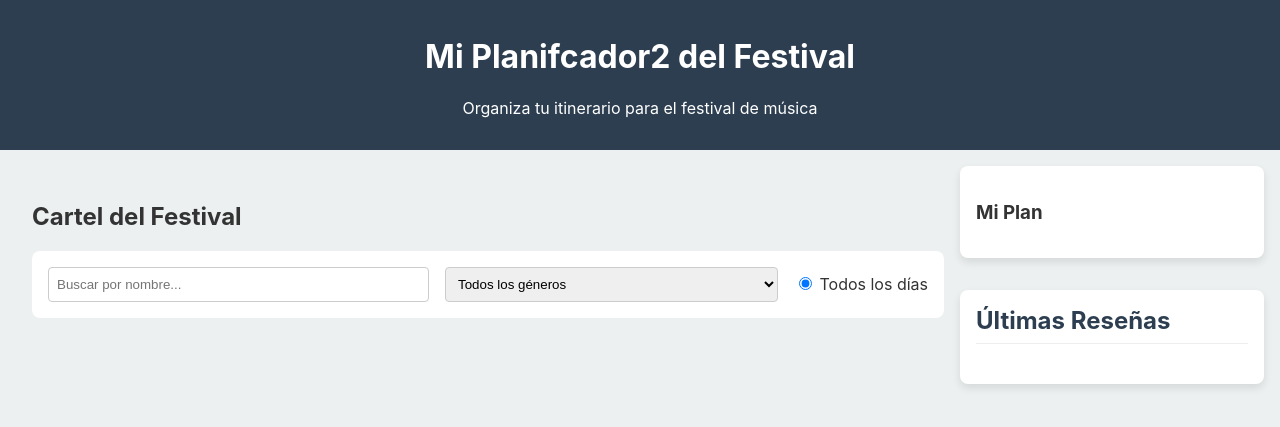
Repository: covaa15/DWEC
Page: Examen12_12_2025/index.html
An editor plug-in stored every save of this project. The page is shown before and after the next save, followed by the edit.
The browser window is 1280 px wide. The pictures show the whole page.

Above is the page before, as saved 2025-12-12 11:03:18.

### Examen12_12_2025/index.html
<!DOCTYPE html>
<html lang="es">
<head>
    <meta charset="UTF-8">
    <meta name="viewport" content="width=device-width, initial-scale=1.0">
    <title>Festival</title>
    <link rel="stylesheet" href="css/style.css">
</head>
<body>
    <!-- Encabezado principal de la aplicación -->
    <header>
        <h1>Mi Planifcador2 del Festival</h1>
        <p>Organiza tu itinerario para el festival de música</p>
    </header>

    <!-- Contenedor principal de la aplicación: organiza el dashboard y la columna derecha -->
    <div class="container">
        <!-- Sección principal del dashboard: muestra el cartel del festival y los filtros -->
        <main id="dashboard">
            <h2>Cartel del Festival</h2>
            <!-- Formulario de filtros para buscar y categorizar artistas -->
            <form id="filter-form">
                <input type="text" id="search-name" placeholder="Buscar por nombre...">
                <select id="filter-genre">
                    <option value="">Todos los géneros</option>
                    <!-- Las opciones de género se cargarán aquí dinámicamente mediante JavaScript -->
                </select>
                <div id="filter-day" class="radio-group">
                    <label><input type="radio" name="day" value="" checked> Todos los días</label>
                    <!-- Las opciones de día se cargarán aquí dinámicamente mediante JavaScript -->
                </div>
            </form>
            <!-- Contenedor donde se mostrarán las tarjetas de los artistas filtrados -->
            <div id="artist-list" class="grid-container">
                <!-- Las tarjetas de artistas se insertarán aquí por JavaScript -->
            </div>
        </main>

        <!-- Columna lateral derecha: contiene el plan del usuario y las reseñas -->
        <div class="right-column">
            <!-- Sección para el plan personalizado del usuario -->
            <aside id="my-plan-container">
                <h3>Mi Plan</h3>
                <!-- Lista donde se añadirán las actuaciones seleccionadas por el usuario -->
                <ul id="plan-list">
                    <!-- Las actuaciones añadidas aparecerán aquí por JavaScript -->
                </ul>
            </aside>
            <!-- Sección para mostrar las reseñas de los artistas -->
            <section id="reviews-section">
                <h2>Últimas Reseñas</h2>
                <!-- Contenedor donde se mostrarán las tarjetas de las reseñas -->
                <div id="reviews-list">
                    <!-- Las reseñas se insertarán aquí por JavaScript -->
                </div>
            </section>
        </div>
    </div>

    <!-- Modal para el formulario de reseña (inicialmente oculto) -->
    <div id="review-modal" class="modal-overlay" style="display: none;">
        <div class="modal-content">
            <button class="close-modal">&times;</button>
            <h3 id="modal-artist-name">Dejar reseña para...</h3>
            <!-- Formulario de reseña del artista. La validación se realiza en el cliente. -->
            <form id="review-form" novalidate>
                <div class="form-group">
                    <label>Calificación:</label>
                    <div class="star-rating">
                        <!-- Campos de radio para la calificación por estrellas (5 a 1) -->
                        <input type="radio" id="star5" name="rating" value="5" required><label for="star5" title="5 stars">★</label>
                        <input type="radio" id="star4" name="rating" value="4"><label for="star4" title="4 stars">★</label>
                        <input type="radio" id="star3" name="rating" value="3"><label for="star3" title="3 stars">★</label>
                        <input type="radio" id="star2" name="rating" value="2"><label for="star2" title="2 stars">★</label>
                        <input type="radio" id="star1" name="rating" value="1"><label for="star1" title="1 star">★</label>
                    </div>
                    <span class="error-message"></span>
                </div>
                <div class="form-group">
                    <label for="comment">Comentario:</label>
                    <textarea id="comment" name="comment" rows="4" minlength="15" required></textarea>
                    <span class="error-message"></span>
                </div>
                <div class="form-group">
                    <label for="email">Email:</label>
                    <input type="email" id="email" name="email" required>
                    <span class="error-message"></span>
                </div>
                <button type="submit">Enviar Reseña</button>
            </form>
        </div>
    </div>


    <!-- Mensaje de éxito temporal para confirmaciones de usuario (inicialmente oculto) -->
    <div id="success-message" class="success-message" style="display: none;"></div>

    <!-- Enlace al archivo JavaScript principal de la aplicación.
         El atributo 'type="module"' permite usar importaciones y exportaciones de módulos. -->
    <script src="js/main.js" type="module"></script>
</body>
</html>

### Examen12_12_2025/css/style.css
/* --- GENERALES Y LAYOUT --- */
/* Este bloque define variables globales (--variable) para la paleta de colores y estilos reutilizables.
   También establece los estilos base para la página, como la fuente y la maquetación principal de dos columnas usando Flexbox. */
:root {
    --primary-color: #2c3e50;
    --secondary-color: #3498db;
    --background-color: #ecf0f1;
    --card-bg-color: #ffffff;
    --text-color: #333;
    --error-color: #e74c3c;
    --success-color: #2ecc71;
    --star-color: #f1c40f;
    --border-radius: 8px;
    --box-shadow: 0 4px 8px rgba(0, 0, 0, 0.1);
}

body {
    font-family: -apple-system, BlinkMacSystemFont, "Segoe UI", Roboto, Helvetica, Arial, sans-serif;
    margin: 0;
    background-color: var(--background-color);
    color: var(--text-color);
}

header {
    background-color: var(--primary-color);
    color: white;
    padding: 1rem 2rem;
    text-align: center;
}

.container {
    display: flex;
    flex-wrap: wrap;
    padding: 1rem;
}

main#dashboard {
    flex: 3;
    min-width: 300px;
    padding: 1rem;
}

.right-column {
    flex: 1;
    min-width: 300px;
    display: flex;
    flex-direction: column;
    gap: 2rem;
}

aside#my-plan-container {
    background-color: var(--card-bg-color);
    padding: 1rem;
    border-radius: var(--border-radius);
    box-shadow: var(--box-shadow);
}

/* --- FORMULARIO DE FILTROS --- */
/* Estilos para el formulario que permite al usuario buscar y filtrar artistas. */
#filter-form {
    display: flex;
    flex-wrap: wrap;
    gap: 1rem;
    margin-bottom: 2rem;
    background-color: var(--card-bg-color);
    padding: 1rem;
    border-radius: var(--border-radius);
}

#filter-form input[type="text"],
#filter-form select {
    padding: 0.5rem;
    border: 1px solid #ccc;
    border-radius: 4px;
    flex-grow: 1;
}

.radio-group {
    display: flex;
    gap: 1rem;
    align-items: center;
}

/* --- TARJETAS DE ARTISTAS --- */
/* Define el layout de parrilla para las tarjetas de artistas y el estilo de cada tarjeta individual,
   incluyendo efectos visuales como sombras y animaciones al pasar el ratón. */
.grid-container {
    display: grid;
    grid-template-columns: repeat(auto-fill, minmax(220px, 1fr));
    gap: 1.5rem;
}

.artist-card {
    background: var(--card-bg-color);
    border-radius: var(--border-radius);
    box-shadow: var(--box-shadow);
    padding: 1rem;
    transition: transform 0.2s, box-shadow 0.2s;
    display: flex;
    flex-direction: column;
}

.artist-card:hover {
    transform: translateY(-5px);
    box-shadow: 0 8px 16px rgba(0, 0, 0, 0.15);
}

.artist-card h3 {
    margin-top: 0;
    color: var(--primary-color);
}

.artist-card p {
    font-size: 0.9rem;
    color: #7f8c8d;
    margin: 0.5rem 0;
}

.card-schedule-info {
    font-size: 0.85rem;
    color: #34495e;
    background-color: #f8f9f9;
    padding: 0.5rem;
    border-radius: 4px;
    margin: 1rem 0;
    border-left: 3px solid var(--secondary-color);
}

.card-schedule-info span {
    display: block;
}

.card-schedule-info span:first-child {
    font-weight: bold;
}

.artist-card button {
    background-color: var(--secondary-color);
    color: white;
    border: none;
    padding: 0.6rem 1rem;
    border-radius: 4px;
    cursor: pointer;
    width: 100%;
    margin-top: auto; /* Empuja el botón al final */
    transition: background-color 0.2s;
}

.artist-card button:hover {
    background-color: #2980b9;
}

/* --- SECCIÓN "MI PLAN" --- */
/* Estilos para la lista de actuaciones que el usuario ha seleccionado.
   Incluye el estilo de cada elemento de la lista y sus botones de acción (Eliminar, Dejar reseña). */
#plan-list {
    list-style-type: none;
    padding: 0;
    margin: 0;
}

#plan-list li {
    background-color: #f9f9f9;
    padding: 0.8rem;
    margin-bottom: 0.8rem;
    border-radius: 4px;
    border-left: 5px solid var(--secondary-color);
    position: relative;
}

#plan-list .plan-item-info strong {
    display: block;
    color: var(--primary-color);
}

#plan-list .plan-item-info span {
    font-size: 0.85rem;
    color: #7f8c8d;
}

#plan-list .plan-item-actions {
    margin-top: 0.5rem;
    display: flex;
    gap: 0.5rem;
}

.plan-item-actions button {
    font-size: 0.75rem;
    padding: 0.3rem 0.6rem;
    border-radius: 3px;
    cursor: pointer;
    border: 1px solid;
}

.btn-delete {
    border-color: var(--error-color);
    color: var(--error-color);
    background: transparent;
}
.btn-review {
    border-color: var(--secondary-color);
    color: var(--secondary-color);
    background: transparent;
}
.btn-review:disabled {
    border-color: #ccc;
    color: #ccc;
    cursor: not-allowed;
}


/* --- MODAL --- */
/* Estilos para la ventana modal que aparece superpuesta.
   Define la capa de fondo oscura y el contenedor del contenido del modal. */
.modal-overlay {
    position: fixed;
    top: 0;
    left: 0;
    width: 100%;
    height: 100%;
    background-color: rgba(0, 0, 0, 0.6);
    display: flex;
    justify-content: center;
    align-items: center;
    z-index: 1000;
}

.modal-content {
    background: white;
    padding: 2rem;
    border-radius: var(--border-radius);
    width: 90%;
    max-width: 500px;
    position: relative;
}

.close-modal {
    position: absolute;
    top: 1rem;
    right: 1rem;
    background: none;
    border: none;
    font-size: 1.5rem;
    cursor: pointer;
}

/* --- FORMULARIO DE RESEÑA --- */
/* Define los estilos para el formulario dentro del modal, incluyendo los campos de entrada,
   los mensajes de error de validación y el sistema de calificación por estrellas. */
#review-form .form-group {
    margin-bottom: 1rem;
}

#review-form label {
    display: block;
    margin-bottom: 0.3rem;
}

#review-form input,
#review-form textarea {
    width: 100%;
    padding: 0.5rem;
    border: 1px solid #ccc;
    border-radius: 4px;
    box-sizing: border-box;
}

#review-form button {
    background-color: var(--success-color);
    color: white;
    padding: 0.7rem 1.5rem;
    border: none;
    border-radius: 4px;
    cursor: pointer;
}
.error-message {
    color: var(--error-color);
    font-size: 0.8rem;
    height: 1rem;
    display: block;
}
input:invalid, textarea:invalid {
    border-color: var(--error-color);
}

/* Star Rating: Implementación de calificación por estrellas con inputs de radio y CSS. */
.star-rating {
    display: flex;
    flex-direction: row-reverse;
    justify-content: flex-end;
}

.star-rating input[type="radio"] {
    display: none;
}

.star-rating label {
    color: #ccc;
    cursor: pointer;
    font-size: 2rem;
    margin: 0;
}

.star-rating input[type="radio"]:checked ~ label,
.star-rating label:hover,
.star-rating label:hover ~ label {
    color: var(--star-color);
}

/* --- MENSAJE DE ÉXITO --- */
/* Estilos para la notificación flotante que aparece tras enviar una reseña. */
.success-message {
    position: fixed;
    bottom: 20px;
    left: 50%;
    transform: translateX(-50%);
    background-color: var(--success-color);
    color: white;
    padding: 1rem 2rem;
    border-radius: var(--border-radius);
    z-index: 1001;
    box-shadow: var(--box-shadow);
}


/* --- SECCIÓN DE RESEÑAS --- */
/* Estilos para la sección que muestra las reseñas enviadas y el formato de cada tarjeta de reseña. */
#reviews-section {
    background-color: var(--card-bg-color);
    padding: 1rem;
    border-radius: var(--border-radius);
    box-shadow: var(--box-shadow);
}

#reviews-section h2 {
    text-align: left;
    margin-top: 0;
    margin-bottom: 1.5rem;
    padding-bottom: 0.5rem;
    border-bottom: 1px solid #eee;
    color: var(--primary-color);
}

#reviews-list {
    display: flex;
    flex-direction: column;
    gap: 1rem;
}

.review-card {
    background: #f9f9f9;
    border-radius: var(--border-radius);
    padding: 1rem;
    display: flex;
    flex-direction: column;
    border-left: 5px solid var(--secondary-color);
}

.review-card h4 {
    margin: 0 0 0.5rem 0;
    color: var(--primary-color);
}

.review-card-rating {
    color: var(--star-color);
    font-size: 1.2rem;
    margin-bottom: 1rem;
}

.review-card-comment {
    font-style: italic;
    color: #555;
    margin: 0;
}


/* --- RESPONSIVE --- */
/* Contiene las Media Queries para adaptar el diseño a diferentes tamaños de pantalla,
   como apilar las columnas en dispositivos móviles. */
@media (max-width: 992px) {
    .container {
        flex-direction: column;
    }
    .right-column {
        margin-top: 2rem;
        gap: 2rem;
    }
}

### Examen12_12_2025/js/main.js
// js/main.js

After the next save:
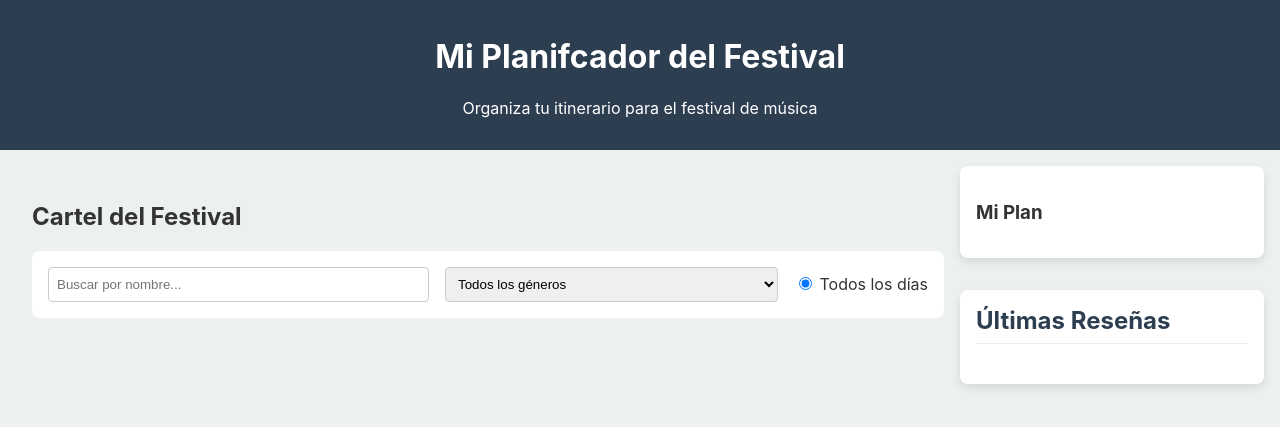
Saved 10 s later.
--- a/Examen12_12_2025/index.html
+++ b/Examen12_12_2025/index.html
@@ -9,7 +9,7 @@
 <body>
     <!-- Encabezado principal de la aplicación -->
     <header>
-        <h1>Mi Planifcador2 del Festival</h1>
+        <h1>Mi Planifcador del Festival</h1>
         <p>Organiza tu itinerario para el festival de música</p>
     </header>
 
